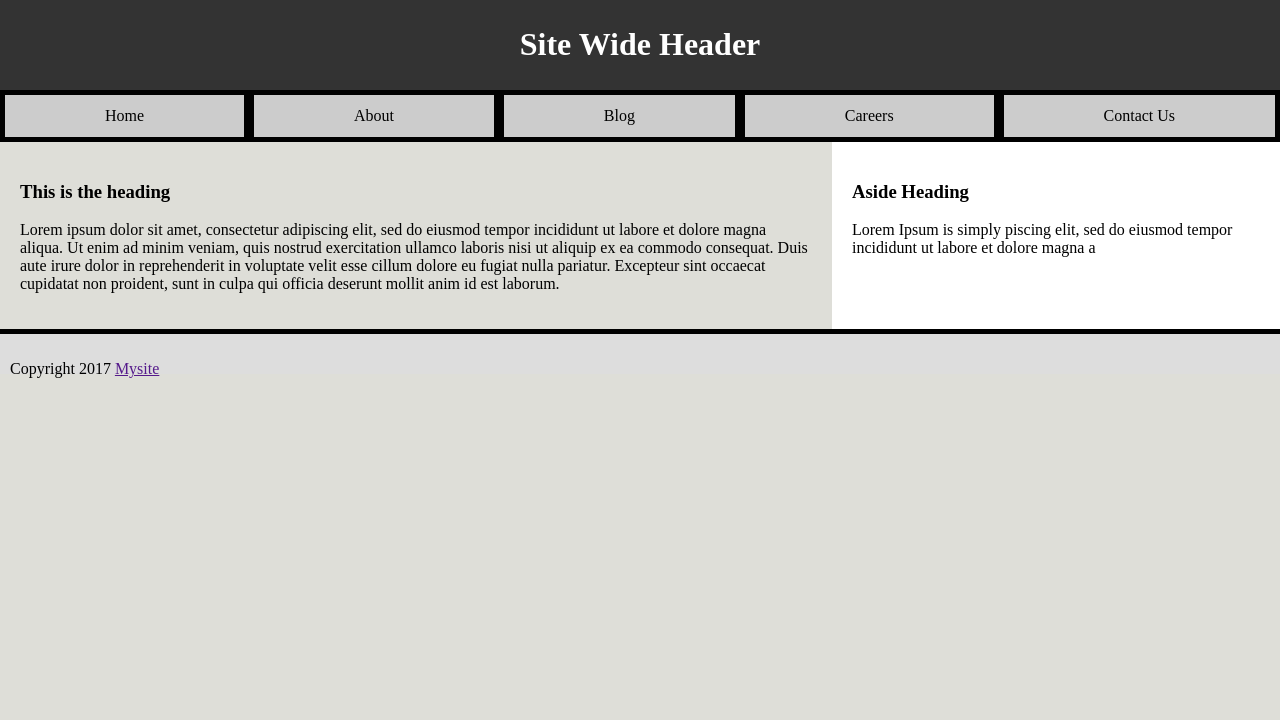
Repository: ayeza-baseer/AssignmentFlexbox
Page: assignment.html
These files come from the project's save history. The page is drawn as it stood at one moment and after the next save; the edit follows.
The browser window is 1280 px wide. The pictures show the whole page.

Above is the page before, as saved 2023-03-17 17:24:42.

### assignment.html
<!DOCTYPE html>
<html lang="en">
<head>
    <title>Assignment</title>
    <meta name="viewport" content="width=device-width, initial-scale=1, minimum-scale=1" />
    <link rel="stylesheet" href="assignment.css">


</head>
<body>
<div class="main-class">
    <header class="header"><h1>
        Site Wide Header
    </h1></header>
    <div class="navbar">
        <a href="#">Home</a>
        <a href="#">About</a>
        <a href="#">Blog</a>
        <a href="#">Careers</a>
        <a href="#">Contact Us</a>
      </div>
    <div class="row">
      <div class="main">
        <h3>This is the heading</h3>
        <p>Lorem ipsum dolor sit amet, consectetur adipiscing elit, sed do eiusmod tempor incididunt ut labore et dolore magna aliqua. Ut enim ad minim veniam, quis nostrud exercitation ullamco laboris nisi ut aliquip ex ea commodo consequat. Duis aute irure dolor in reprehenderit in voluptate velit esse cillum dolore eu fugiat nulla pariatur. Excepteur sint occaecat cupidatat non proident, sunt in culpa qui officia deserunt mollit anim id est laborum.</p>
      </div>
      <div class="aside">
        <h3>Aside Heading</h3>
        <p>Lorem Ipsum is simply  piscing elit, sed do eiusmod tempor incididunt ut labore et dolore magna a</p>
      </div>
    </div>




    <footer class="footer">
        <p>Copyright 2017 <a href> Mysite</a></p>
    </footer>

</div>




</body>
</html>

### assignment.css
.header {
    padding: 5px;
    background-color: #333;
    color: #ccc;
    order:1;
    text-align: center;

    color: white;
  }

  body {

    margin: 0;
    background-color: #deded8;

  }
  .main-class{
    min-height: 100vh;
    display: flex;
    flex-direction:column;
  }
  .navbar {
    display: flex;
    background-color: black;
    order:2;
  }

  .navbar a {
    color: black;

    background-color: #ccc;
    padding: 12px 12px;
    text-decoration: none;
    text-align: center;
    flex-grow: 1;
    border: 5px solid black;
  }

  .navbar a:hover {
    color: red;
    border: 5px solid red;
  }

  .row {
    display: flex;
    flex-wrap:wrap;
    order:3;
    height:100%;
  }

  .row > .aside {
      flex:30%;
    background-color: white;

    padding: 20px;
  }

  /* Main column */
  .row >.main {
     flex:60%;
    padding: 20px;
  }

  .footer {

      padding: 10px;
      border-top: 5px solid black;
      background: #ddd;
     height:20px;
     order:16;
    }




    @media only screen and (max-width: 425px) {
      .row > .aside {
          flex:1 1 100%
        }
        .row >.main {
          flex:1 1 100%;
          padding: 20px;
        }
        .navbar{
          order:10
        }
    }

After the next save:
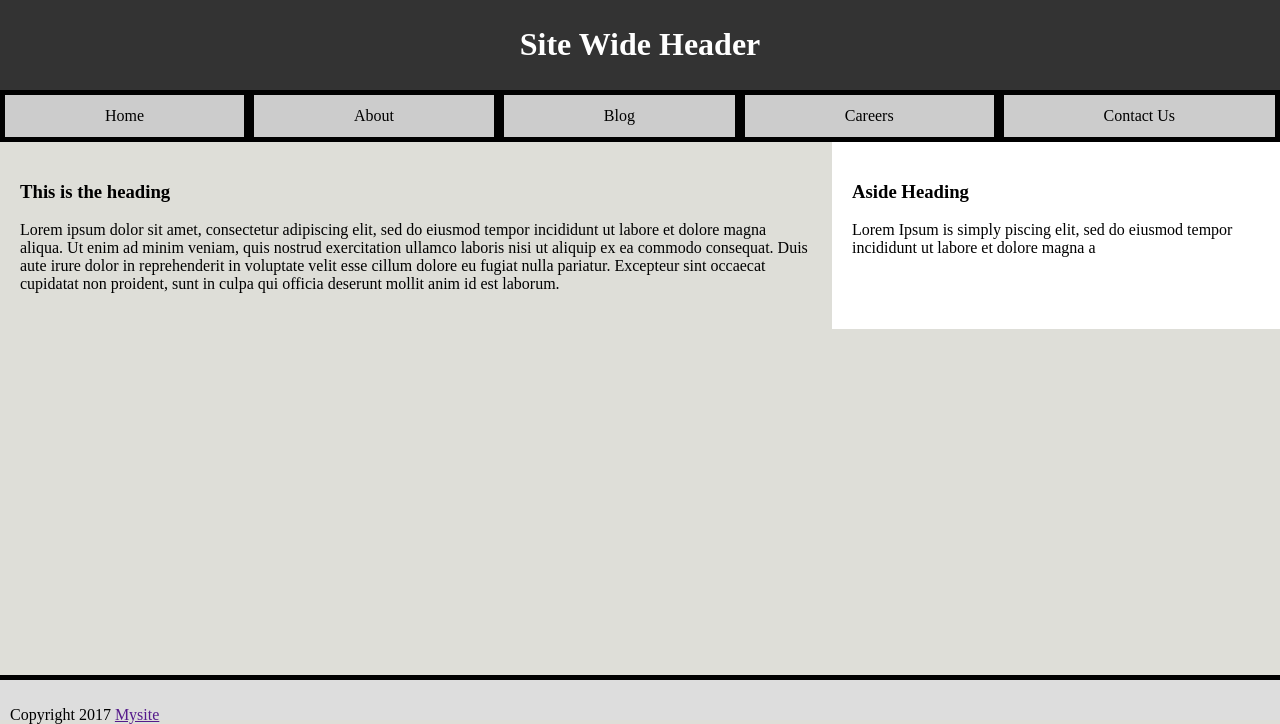
Saved 18 s later.
--- a/assignment.css
+++ b/assignment.css
@@ -62,7 +62,7 @@
   }
 
   .footer {
-
+    margin-top: auto;
       padding: 10px;
       border-top: 5px solid black;
       background: #ddd;
